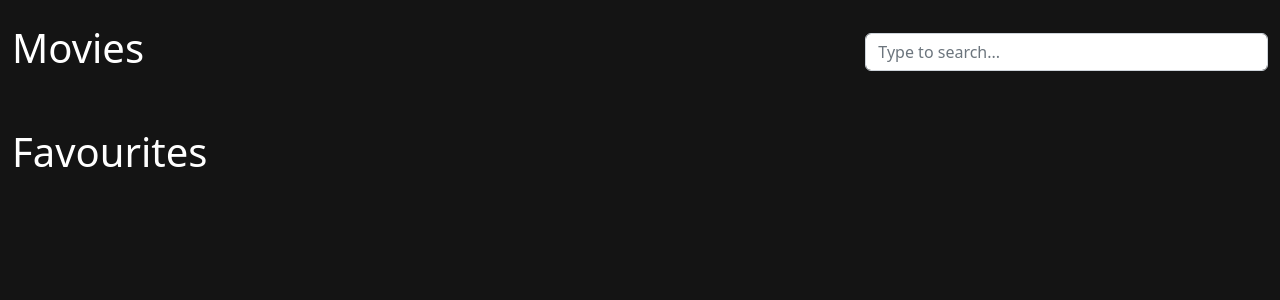
Repository: DeraBola/movie-app
Page: /
These files come from the project's save history. The page is drawn as it stood at one moment and after the next save; the edit follows.
The browser window is 1280 px wide. The pictures show the whole page.
The page's requests for data from a server got no answer. The project was rebuilt for these pictures with package versions that can differ from the ones it lists, and the page was loaded fresh each time. No one was signed in, and anything a server would have sent is missing. Also part of the build but not shown: src/components/AddFavourites.js, src/components/RemoveFavourites.js.

Above is the page before, as saved 2022-09-02 08:33:47.

### src/index.js
import React from 'react';
import ReactDOM from 'react-dom/client';
import './index.css';
import App from './App';
import reportWebVitals from './reportWebVitals';

const root = ReactDOM.createRoot(document.getElementById('root'));
root.render(
  <React.StrictMode>
    <App />
  </React.StrictMode>
);


// If you want to start measuring performance in your app, pass a function
// to log results (for example: reportWebVitals(console.log))
// or send to an analytics endpoint. Learn more: https://bit.ly/CRA-vitals
reportWebVitals();

### src/App.js
import React, { useEffect, useState } from "react";
import MovieList from "../src/components/MovieList";
import MovieListHeading from "../src/components/MovieListHeading";
import SearchBox  from "../src/components/SearchBox";
import "bootstrap/dist/css/bootstrap.min.css";
import AddFavourites from "../src/components/AddFavourites";
import "./App.css";
import RemoveFavourites from "../src/components/RemoveFavourites";


const App = () => {
  const [movies, setMovies] = useState([]);

  const [favourites, setFavourites] = useState([]);

  const [searchValue, setSearchValue] = useState([]);

  const getMovieRequest = async (searchValue) => {
    const url = `https://api.themoviedb.org/3/search/movie?query=${searchValue}&api_key=1a149356193d56f9143f86bca179b03e`

    const response = await fetch(url);

    const responseJson = await response.json();

    if(responseJson.results){
      setMovies(responseJson.results);
    }
  };

  useEffect(()=>{
    getMovieRequest(searchValue);
  }, [searchValue]);

  useEffect(()=>{
    const movieFavourites = JSON.parse(
      localStorage.getItem('react-movie-app-favourites')
    )||[];

    setFavourites(movieFavourites);
}, []);


  const saveToLocalStorage = (items) =>{
    localStorage.setItem('react-movie-app-favourites', JSON.stringify(items))
  }

const addFavouriteMovie = (movie) => {
  const newFavouriteList = [...favourites, movie];
  setFavourites(newFavouriteList);
  saveToLocalStorage(newFavouriteList);
};

const removeFavouriteMovie = (movie) => {
  const newFavouriteList = favourites.filter(
    (favourite) => favourite.id !== movie.id
  );
  setFavourites(newFavouriteList);
  saveToLocalStorage(newFavouriteList);
}

  return (
    <div className="container-fluid movie-app">
      <div className="row d-flex align-items-center mt-4 mb-4">
        <MovieListHeading heading='Movies' />
        < SearchBox searchValue={searchValue} setSearchValue={setSearchValue}/>
      </div>
      <div className="row">
        <MovieList
        movies={movies}
        handleFavouritesClick={addFavouriteMovie}
        favouriteComponent={AddFavourites}/>
      </div>
      <div className="row d-flex align-items-center mt-4 mb-4">
        <MovieListHeading heading='Favourites' />
      </div>
      <div className="row">
        <MovieList
        movies={favourites}
        handleFavouritesClick={removeFavouriteMovie }
        favouriteComponent={RemoveFavourites}/>
      </div>
    </div>
  );
};

export default App;

### src/components/MovieList.js
import React from "react";

const API_IMG = "https://image.tmdb.org/t/p/w500";

const MovieList = (props) => {

  const FavouriteComponent = props.favouriteComponent;

  return (
    <>
      {props.movies?.map((movie, id) => (
        <div key={id} className="movie-img d-flex justify-content-start m-2">
         <div className="movie-poster"><img src={API_IMG + movie.poster_path} className='card-img-top' alt="movie" /></div>
              <div className="movie-info">
                <h3>{movie.title}</h3>
                <div className='movie-over'>
                  <h6>Overview</h6>
                <p>{movie.overview}</p>
                </div>
          </div>
          <div
          onClick ={ () => props.handleFavouritesClick(movie)}
          className="overlay d-flex align-items-center justify-content-center"
          >
            <FavouriteComponent />
          </div>
        </div>
      ))}
    </>
  );
};

export default MovieList;

### src/components/MovieListHeading.js
import React from 'react';

const MovieListHeading = (props) => {
return(
    <div className='col'>
        <h1>{props.heading}</h1>
    </div>
);
};
export default MovieListHeading;

### src/components/SearchBox.js
import React from 'react';

const SearchBox = (props) => {
return(
    <div className='col col-sm-4'>
      <input className='form-control'
      value={props.value}
      onChange = {(event) => props.setSearchValue(event.target.value) }
      placeholder="Type to search..."></input>
    </div>
);
};
export default SearchBox;

### src/App.css
 body {
     background: #141414;
     color: #fff;
     text-decoration: none;
     list-style-type: none;
 }

 .movie-app>.row {
     overflow-x: auto;
     flex-wrap: nowrap;
     -ms-overflow-style: none;
     scrollbar-width: none;
     w
 }

 .movie-app>.row::-webkit-scrollbar {
     display: none;
 }

 .movie-img {
     height: 200px;
     width: 100%;
     overflow-y: auto;
     position: relative;
     transition: transform 0.2s;
     -ms-overflow-style: none;
     scrollbar-width: none;
 }

 .movie-img::-webkit-scrollbar {
     display: none;
 }

 .movie-img:hover {
     cursor: pointer;
     transform: scale(1.1);
 }

 .movie-img img {
     width: 250px;
     height: 250px;
 }

 .movie-img .movie-info {
     flex: 1;
     padding: 1.5rem;
     width: 10px;
     height: 20px;
 }

 .movie-info .movie-over {
     position: absolute;
     padding: 1rem;
     background: rgba(255, 255, 255, 0.2);
     box-shadow: 04px 30px rgba(0, 0, 0, 0.1);
     margin-right: .5rem;
     backdrop-filter: blur(5px);
     border-radius: 12px;
     border-top: 1px solid #fff;
     border-left: 1px solid #fff;
 }

 .movie-info h3 {
     font-size: 25px;
     top: 0;
 }

 .movie-info .movie-over h6 {
     text-transform: uppercase;
     font-size: 20px;
 }

 .movie-img:hover .overlay {
     opacity: 1;
 }

 .overlay {
     position: absolute;
     background: rgba(0, 0, 0, 0.8);
     width: 100%;
     transition: 0.5s ease;
     opacity: 0;
     bottom: 0;
     font-size: 20px;
     padding: 20px;
     text-align: center;
 }

Loaded but not shown: public/index.html (common file); src/index.css (common file); src/reportWebVitals.js (common file)

After the next save:
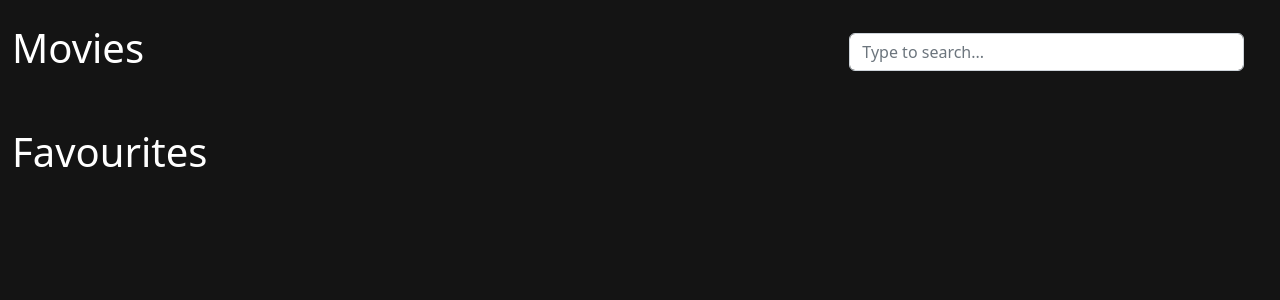
Saved 15 s later.
--- a/src/App.css
+++ b/src/App.css
@@ -10,7 +10,7 @@
      flex-wrap: nowrap;
      -ms-overflow-style: none;
      scrollbar-width: none;
-     w
+     width: 100%;
  }
 
  .movie-app>.row::-webkit-scrollbar {
